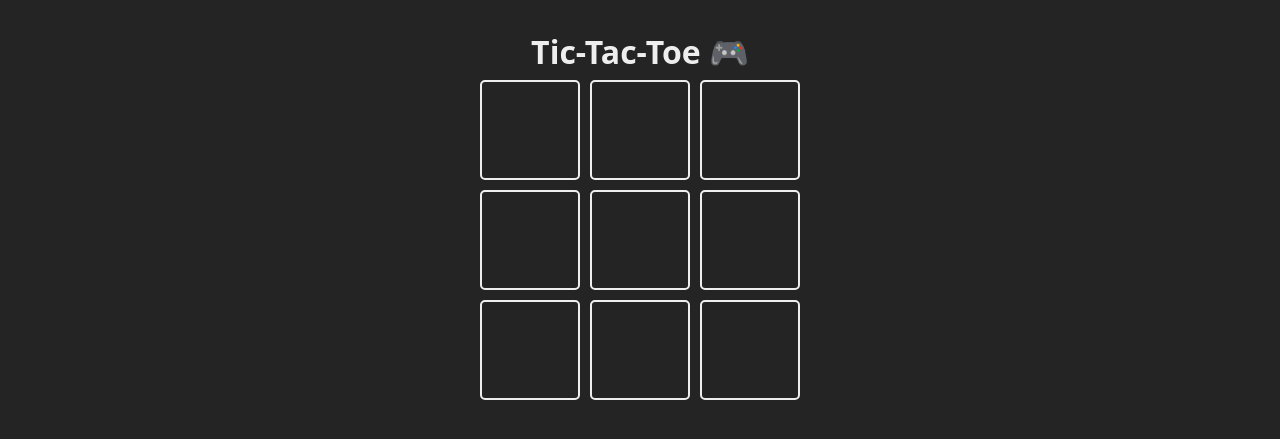
Repository: atzin-escandia/react-tic-tac-toe
Page: /
These files come from the project's save history. The page is drawn as it stood at one moment and after the next save; the edit follows.
The browser window is 1280 px wide. The pictures show the whole page.
The project was rebuilt for these pictures with package versions that can differ from the ones it lists, and the page was loaded fresh each time. Also part of the build but not shown: vite.config.js.

Above is the page before, as saved 2023-10-05 19:15:31.

After the next save:
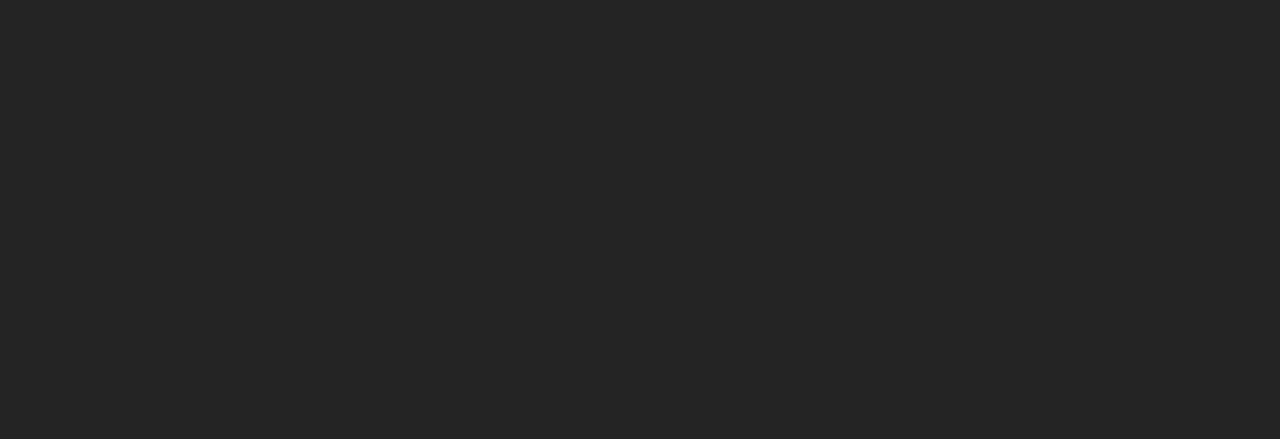
Console error: ReferenceError: o is not defined
Saved 26 s later.
--- a/src/App.jsx
+++ b/src/App.jsx
@@ -12,8 +12,6 @@
   const [turn, setTurn] = useState(true);
 
   const SetPoint = (index) => {
-    console.log(board[index]);
-
     board[index] = turn ? "x" : "o";
     console.log(board[index]);
 
@@ -23,7 +21,7 @@
   const Square = ({ children, updateBoard, index }) => {
     return (
       <div onClick={() => SetPoint(index)} className="square">
-        {turn}
+        {o}
       </div>
     );
   };

After the save that followed:
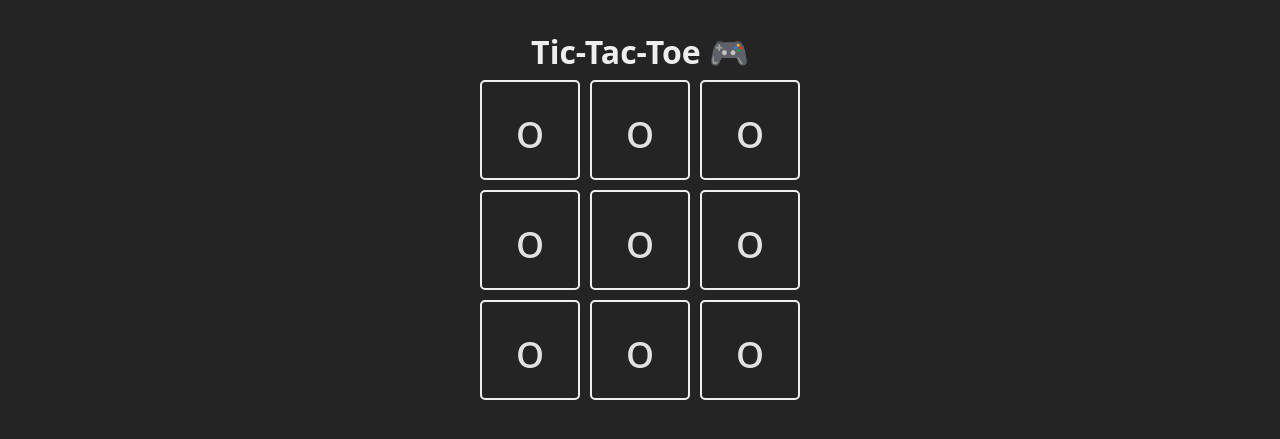
The error is gone.
Saved 4 s later.
--- a/src/App.jsx
+++ b/src/App.jsx
@@ -21,7 +21,7 @@
   const Square = ({ children, updateBoard, index }) => {
     return (
       <div onClick={() => SetPoint(index)} className="square">
-        {o}
+        {"o"}
       </div>
     );
   };
